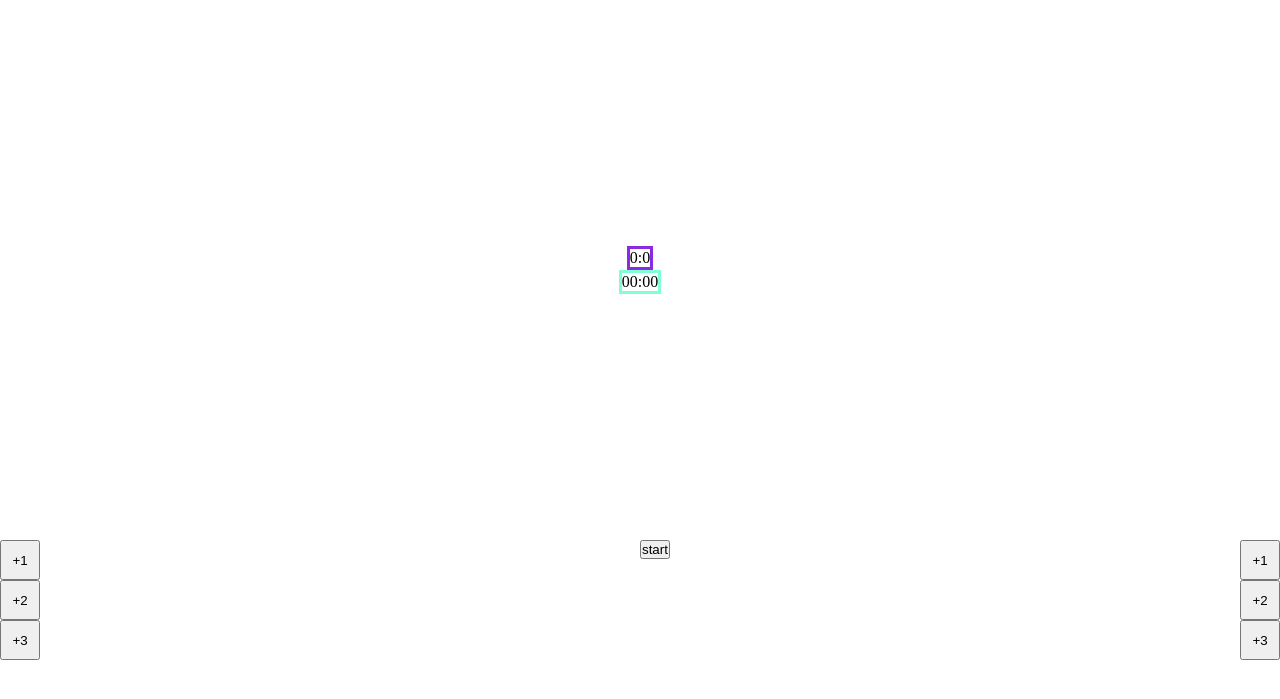
Repository: bollo89/scoreBoard
Page: index.html
The author's editor kept a copy of each file at every save. The page is drawn from the files as they stood at one save, then again after the next save.
The browser window is 1280 px wide. The pictures show the whole page.

Above is the page before, as saved 2022-01-25 11:46:04.
Console error: TypeError: Cannot set properties of null (setting 'innerHTML')

After the next save:
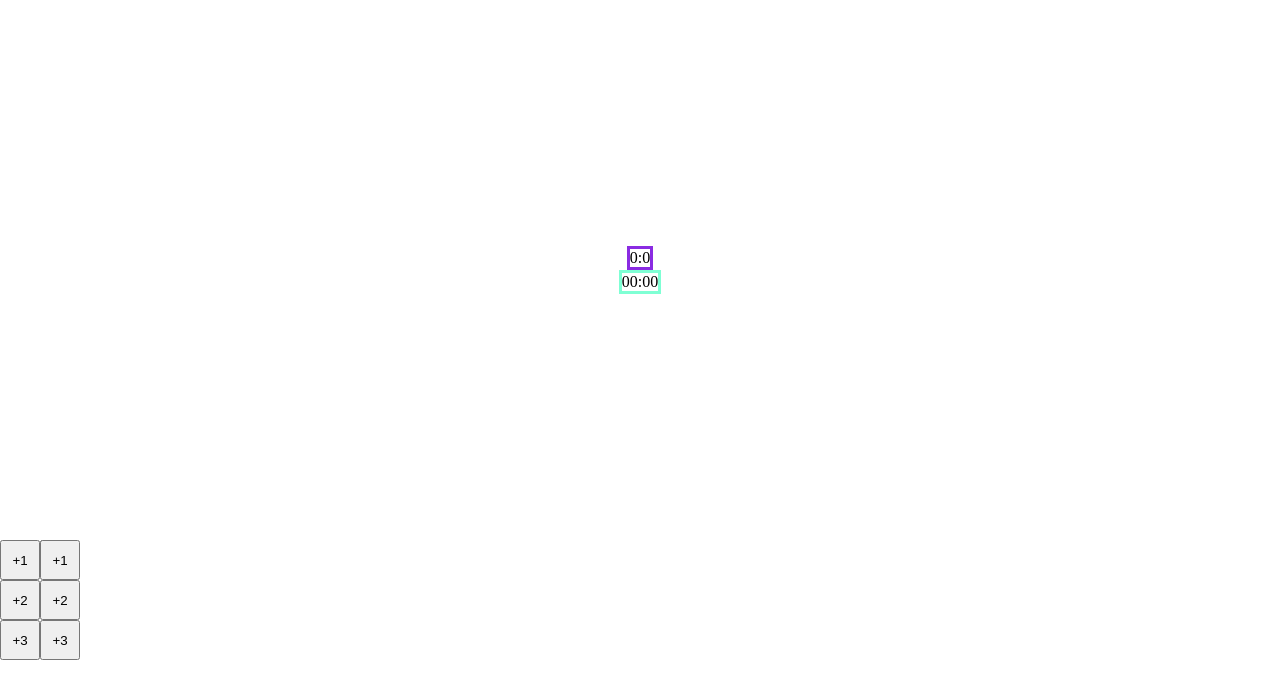
Saved 14 s later.
--- a/style.css
+++ b/style.css
@@ -24,8 +24,6 @@
     height: 25vh;
     width: 100%;
     display: flex;
-    flex-direction: row;
-    justify-content: space-between;
     font-size: 0;
 }
 .btnsH {
@@ -45,4 +43,5 @@
 .centralMenu {
     width: 3em;
     height: 3em;
+    justify-content: center;
 }

After the save that followed:
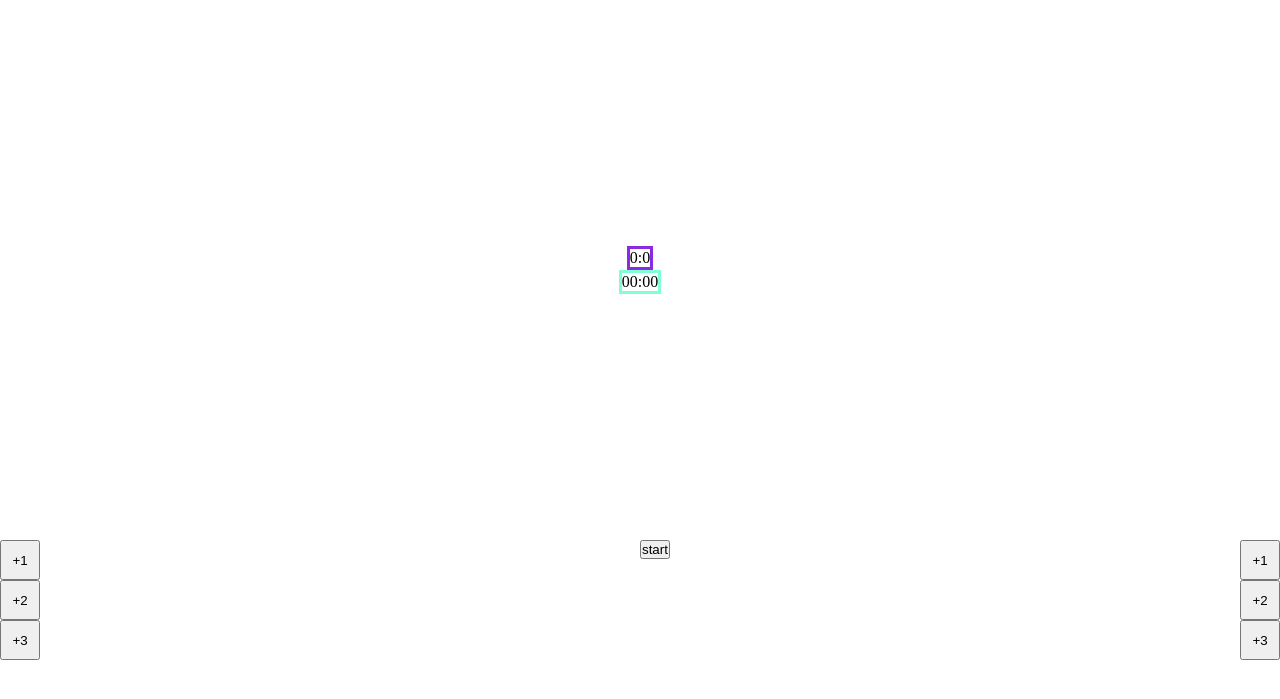
Saved 11 s later.
--- a/style.css
+++ b/style.css
@@ -24,6 +24,8 @@
     height: 25vh;
     width: 100%;
     display: flex;
+    flex-direction: row;
+    justify-content: space-between;
     font-size: 0;
 }
 .btnsH {
